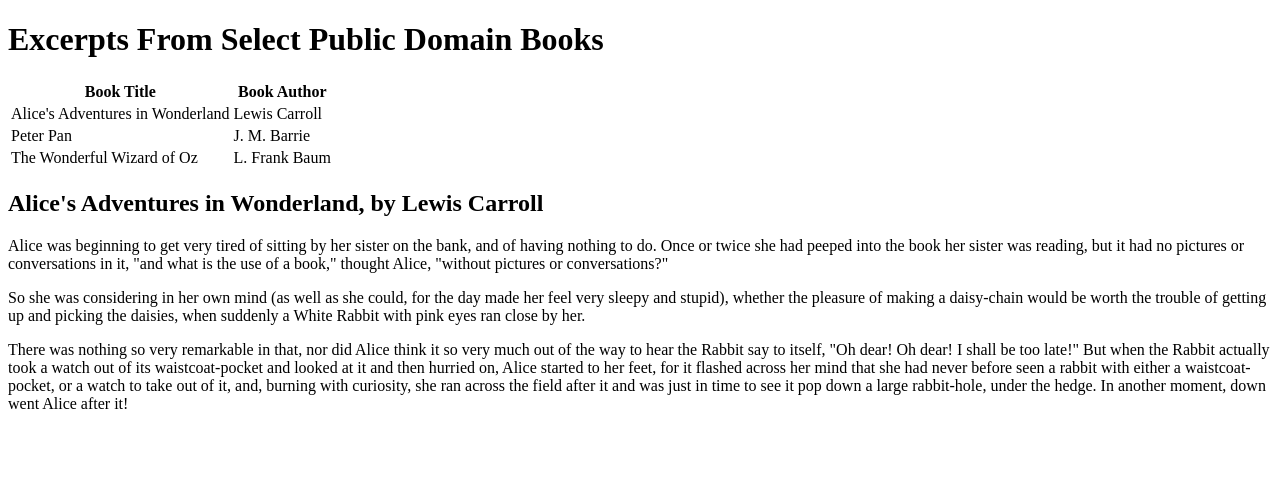
Repository: rishondass/ITMD361-Lab3
Page: index.html
An editor plug-in stored every save of this project. The page is shown before and after a run of saves, followed by the edit.
The browser window is 1280 px wide. The pictures show the whole page.

Above is the page before, as saved 2023-01-13 14:31:23.

### index.html
<!DOCTYPE html>
<html lang="en">
<head>
    <meta charset="UTF-8">
    <meta http-equiv="X-UA-Compatible" content="IE=edge">
    <meta name="viewport" content="width=device-width, initial-scale=1.0">
    <title>Excerpts From Select Public Domain Books</title>
</head>
<body>
    <h1>Excerpts From Select Public Domain Books</h1>
    <table>
        <thead>
            <tr>
                <th>
                    <strong>Book Title</strong>
                </th>
                <th>
                    <strong>Book Author</strong>
                </th>
            </tr>
        </thead>
        <tbody>
            <tr>
                <td>Alice's Adventures in Wonderland</td>
                <td>Lewis Carroll</td>
            </tr>
            <tr>
                <td>Peter Pan</td>
                <td>J. M. Barrie</td>
            </tr>
            <tr>
                <td>The Wonderful Wizard of Oz</td>
                <td>L. Frank Baum</td>
            </tr>
        </tbody>
    </table>

    <h2>Alice's Adventures in Wonderland, by Lewis Carroll</h2>
    <p>
        Alice was beginning to get very tired of sitting by her sister on the bank, and of having nothing to do. Once or twice she had peeped into the book her sister was reading, but it had no pictures or conversations in it, "and what is the use of a book," thought Alice, "without pictures or conversations?"
    </p>
    <p>
        So she was considering in her own mind (as well as she could, for the day made her feel very sleepy and stupid), whether the pleasure of making a daisy-chain would be worth the trouble of getting up and picking the daisies, when suddenly a White Rabbit with pink eyes ran close by her.
    </p>
    <p>
        There was nothing so very remarkable in that, nor did Alice think it so very much out of the way to hear the Rabbit say to itself, "Oh dear! Oh dear! I shall be too late!" But when the Rabbit actually took a watch out of its waistcoat-pocket and looked at it and then hurried on, Alice started to her feet, for it flashed across her mind that she had never before seen a rabbit with either a waistcoat-pocket, or a watch to take out of it, and, burning with curiosity, she ran across the field after it and was just in time to see it pop down a large rabbit-hole, under the hedge. In another moment, down went Alice after it!
    </p>
</body>
</html>

After the next 2 saves:
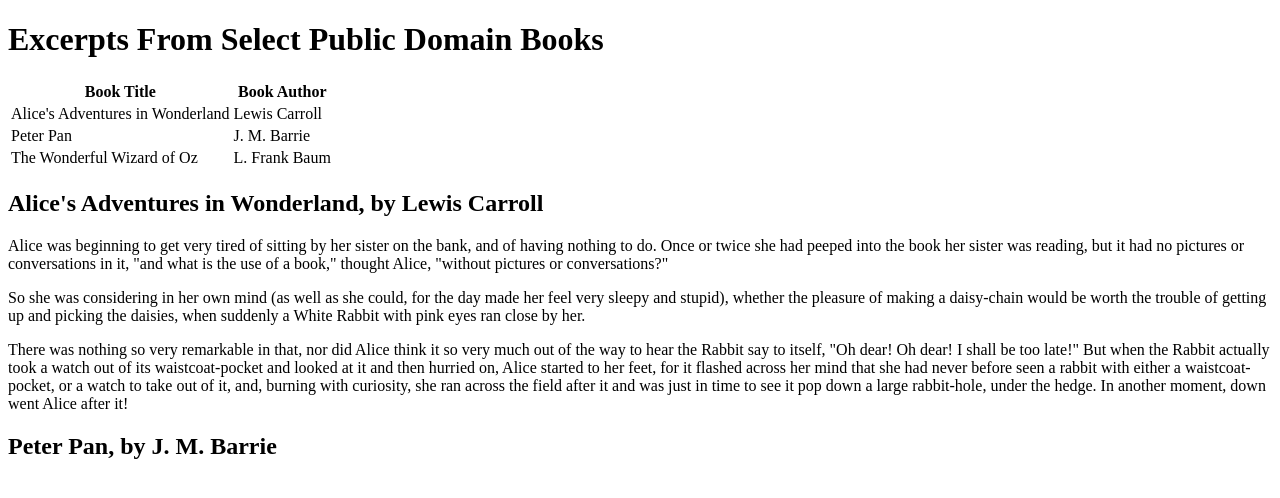
The 2 saves are shown as one change because they came seconds apart.
The last was saved 11 s later.
--- a/index.html
+++ b/index.html
@@ -45,5 +45,7 @@
     <p>
         There was nothing so very remarkable in that, nor did Alice think it so very much out of the way to hear the Rabbit say to itself, "Oh dear! Oh dear! I shall be too late!" But when the Rabbit actually took a watch out of its waistcoat-pocket and looked at it and then hurried on, Alice started to her feet, for it flashed across her mind that she had never before seen a rabbit with either a waistcoat-pocket, or a watch to take out of it, and, burning with curiosity, she ran across the field after it and was just in time to see it pop down a large rabbit-hole, under the hedge. In another moment, down went Alice after it!
     </p>
+    <h2>Peter Pan, by J. M. Barrie</h2>
+
 </body>
 </html>
